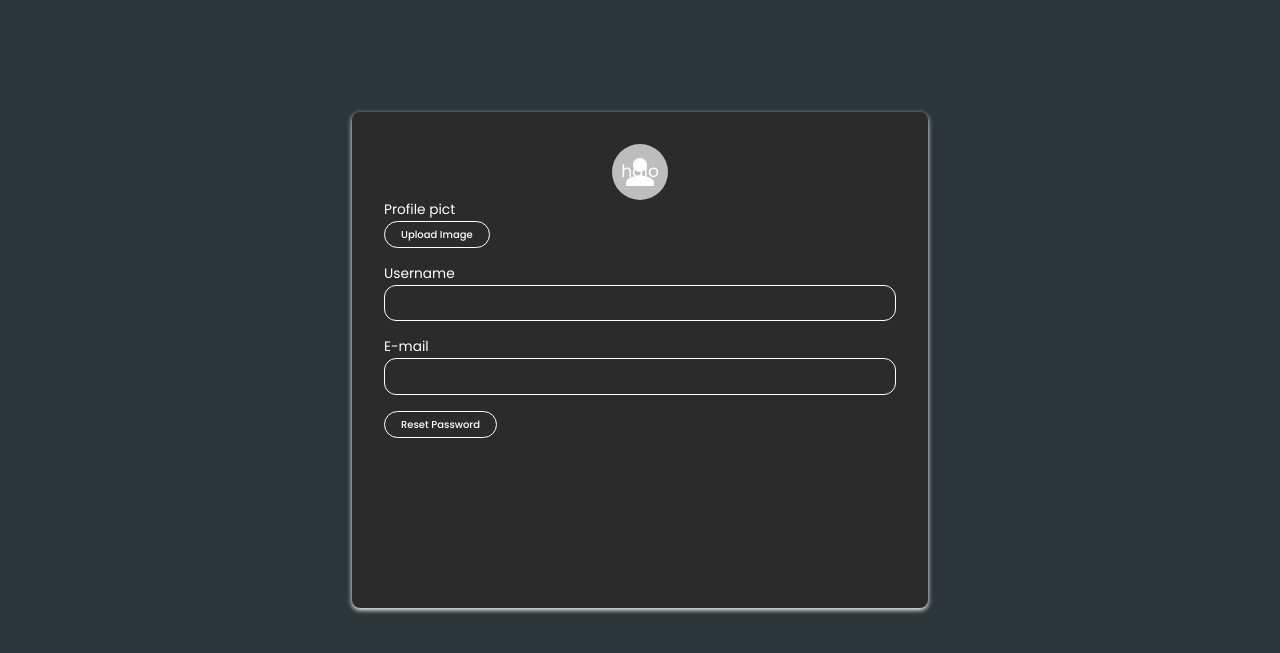
Repository: IzzaSuni/Izza-ToDo
Page: /publicNote/Private/profile
These files come from the project's save history. The page is drawn as it stood at one moment and after the next save; the edit follows.
The browser window is 1280 px wide. The pictures show the whole page.
The pointer rests on the first visible `#halo`.
The project was rebuilt for these pictures with package versions that can differ from the ones it lists, and the page was loaded fresh each time. Also part of the build but not shown: src/App.css, src/services.js, src/components/List.js, src/components/Filter.js, src/components/ohayo.js, src/utils/Query.js, src/components/navbar.js, src/components/MainPage.js and 4 more.

Above is the page before, as saved 2022-08-23 22:32:11.

After the next save:
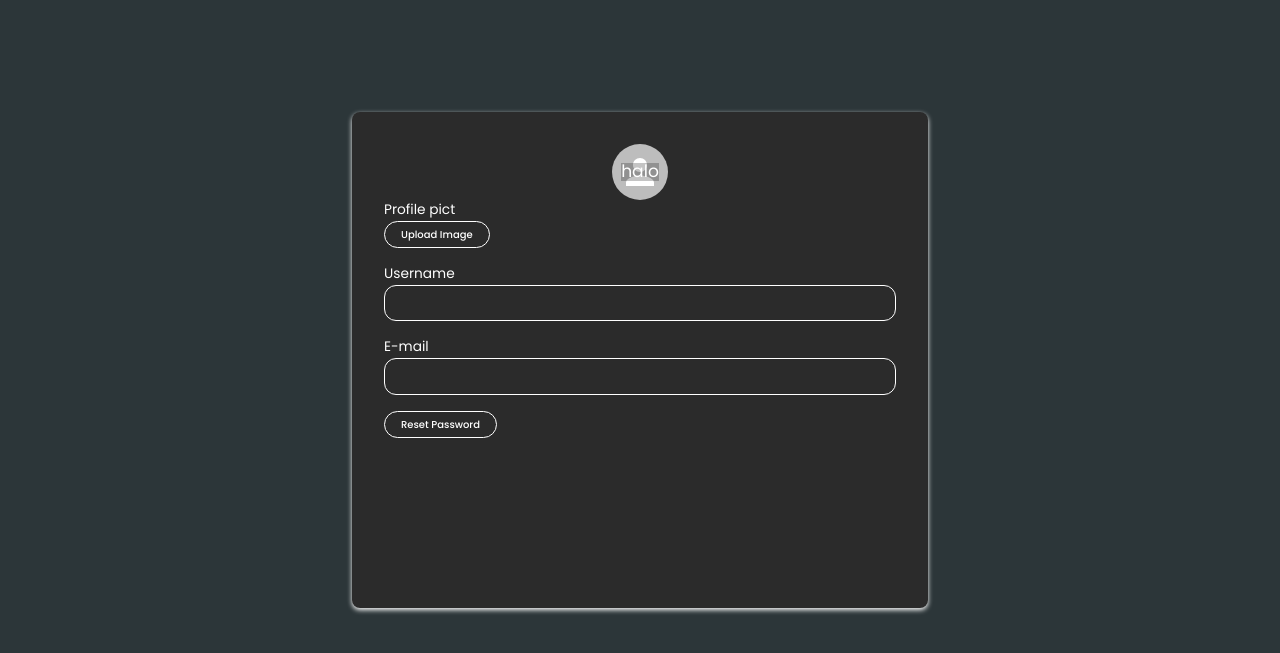
Saved 19 s later.
--- a/src/index.css
+++ b/src/index.css
@@ -115,6 +115,7 @@ input#searchBar {
   color: "black";
   z-index: 10;
   position: absolute;
+  background-color: rgba(0, 0, 0, 0.233);
 }
 /* responsive=============================================================================== */
 #mainContainer {
